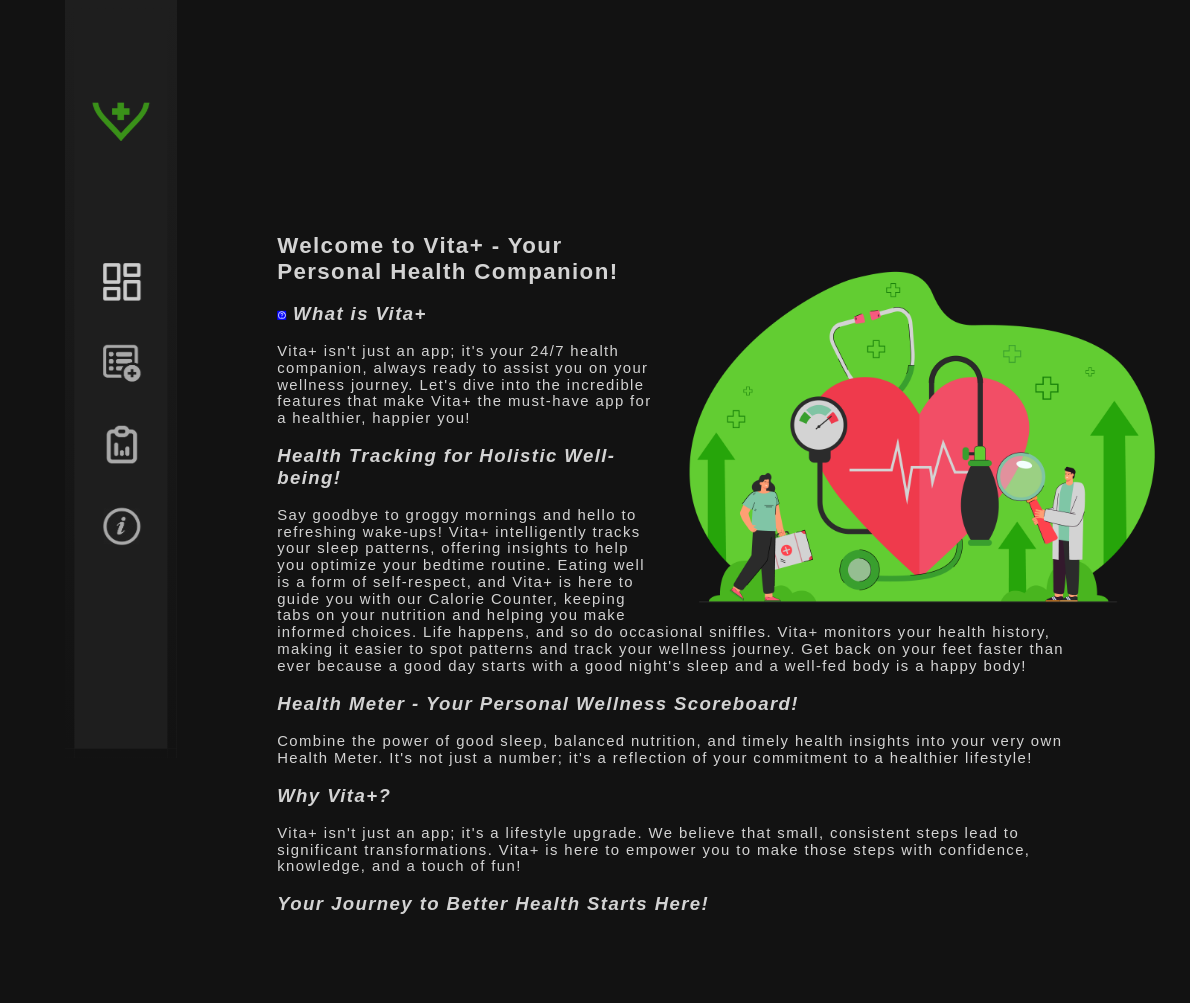
Repository: mhmd-bilal/health-analytics-dashboard
Page: http://localhost/project/info.jsp
An editor plug-in stored every save of this project. The page is shown before and after the next save, followed by the edit.
The browser window is 1280 px wide. The pictures show the whole page, at 93% of full size.
Some web fonts or font styles are not loaded; a fallback is used. Some web libraries are served in a nearby version. The page is served by Tomcat 10.

Above is the page before, as saved 2023-12-06 13:38:39.

After the next save:
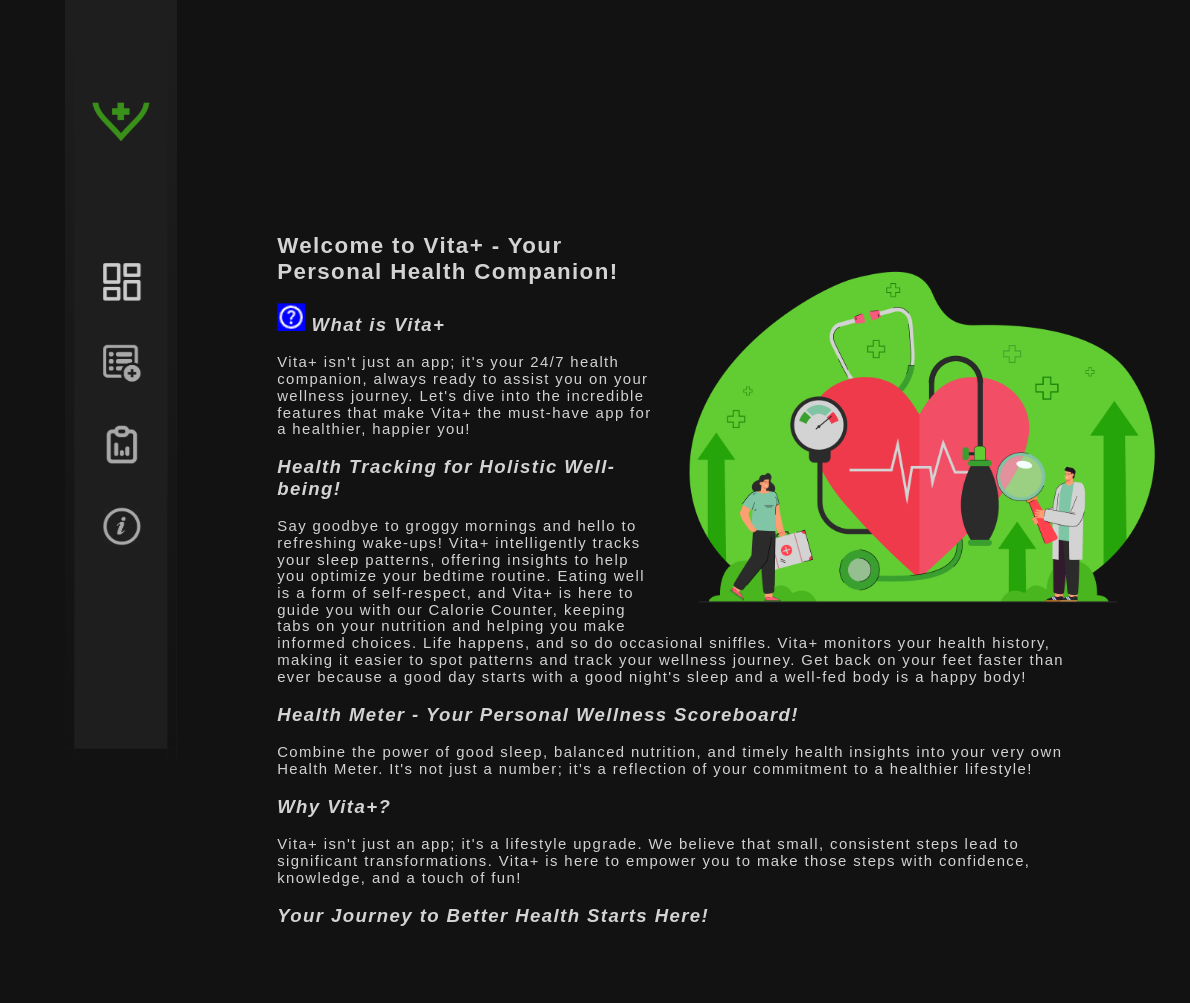
Saved 6 s later.
--- a/project/src/main/webapp/info.jsp
+++ b/project/src/main/webapp/info.jsp
@@ -68,7 +68,7 @@
   </div>
         <div style="width:70%;font-spacing:1px;margin-top:250px;" class="main">
                   <h2 style="font-weight: bolder;">Welcome to Vita+ - Your Personal Health Companion!</h2>
-<p style="font-weight: bold;font-style:italic;font-size: 20px;;"><img src="help.png" style="height:10px;filter: invert(100%);background-color:yellow" > What is Vita+</p>
+<p style="font-weight: bold;font-style:italic;font-size: 20px;;"><img src="help.png" style="height:30px;filter: invert(100%);background-color:yellow" > What is Vita+</p>
 Vita+ isn't just an app; it's your 24/7 health companion, always ready to assist you on your wellness journey. Let's dive into the incredible features that make Vita+ the must-have app for a healthier, happier you!
 
 <p style="font-weight: bold;font-style:italic;font-size: 20px;">Health Tracking for Holistic Well-being!</p>
